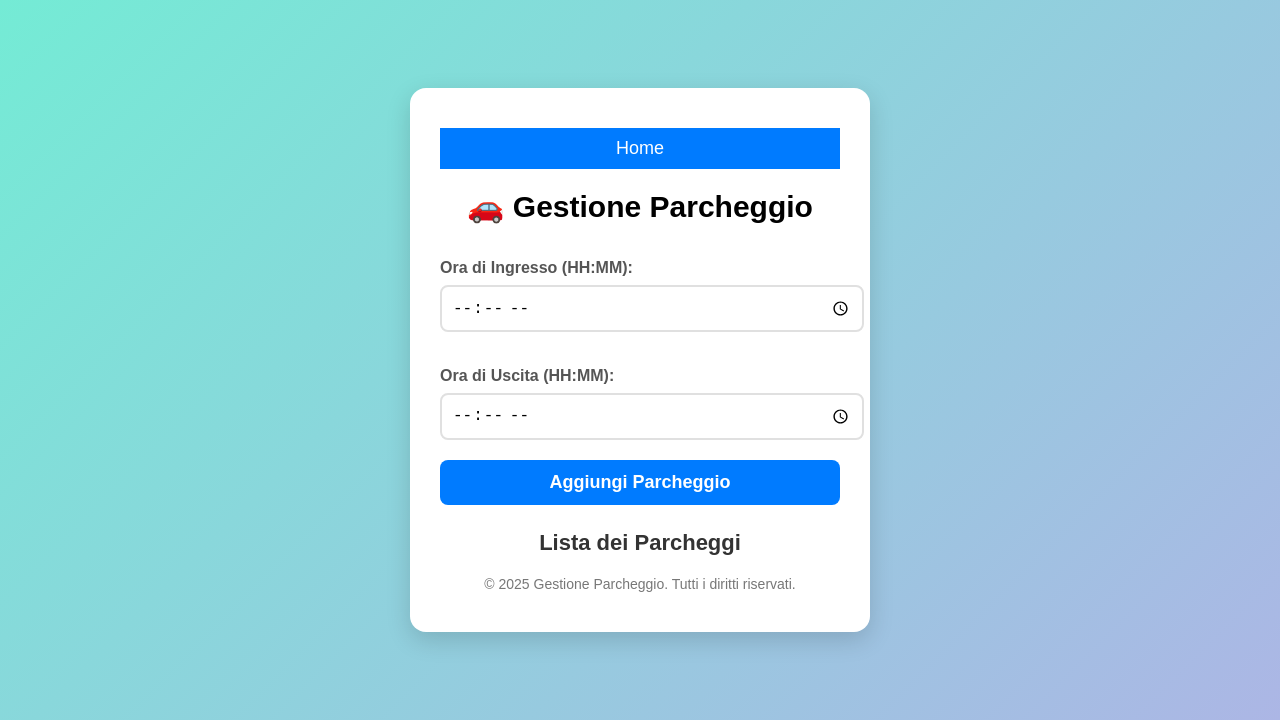
Repository: Probyte5D/ParcheggioApp
Page: / (app in frontend/)
The author's editor kept a copy of each file at every save. The page is drawn from the files as they stood at one save, then again after a run of saves.
The browser window is 1280 px wide. The pictures show the whole page.
The page's requests for data from a server got no answer. The project was rebuilt for these pictures with package versions that can differ from the ones it lists, and the page was loaded fresh each time. No one was signed in, and anything a server would have sent is missing. Also part of the build but not shown: frontend/src/components/Navbar.css.

Above is the page before, as saved 2025-04-28 19:22:40.

### frontend/src/App.js
import React, { useEffect, useState } from 'react';
import Header from './components/Header';
import Navbar from './components/Navbar';
import ParkingForm from './components/ParkingForm';
import ParkingList from './components/ParkingList';
import Footer from './components/Footer';
import './App.css';
import axios from 'axios';

function App() {
  const [parcheggi, setParcheggi] = useState([]);

  const caricaParcheggi = async () => {
    try {
        const response = await axios.get('/parcheggio/tutti'); // Use the correct endpoint
        setParcheggi(response.data);
    } catch (error) {
        console.error("Error loading parking spots", error);
    }
};

  useEffect(() => {
    caricaParcheggi();
  }, []);

  const aggiungiParcheggio = async (oraIngresso, oraUscita) => {
    await axios.post('/api/parcheggi', { oraIngresso, oraUscita });
    caricaParcheggi();
  };

  return (
    <div className="App">
      <Navbar />
      <Header />
      <ParkingForm onAdd={aggiungiParcheggio} />
      <ParkingList parcheggi={parcheggi} />
      <Footer />
    </div>
  );
}

export default App;

### frontend/src/components/Header.jsx
import React from 'react';

function Header() {
  return (
    <header style={{ padding: '20px 0', textAlign: 'center', fontSize: '30px', fontWeight: 'bold' }}>
      🚗 Gestione Parcheggio
    </header>
  );
}

export default Header;

### frontend/src/components/Navbar.jsx
import React from 'react';

function Navbar() {
  return (
    <nav style={{ backgroundColor: '#007bff', padding: '10px', textAlign: 'center' }}>
      <a href="#" style={{ color: 'white', textDecoration: 'none', fontSize: '18px' }}>Home</a>
    </nav>
  );
}

export default Navbar;

### frontend/src/components/ParkingForm.jsx
import React, { useState } from 'react';

function ParkingForm({ onAdd }) {
  const [oraIngresso, setOraIngresso] = useState('');
  const [oraUscita, setOraUscita] = useState('');

  const handleSubmit = (e) => {
    e.preventDefault();
    if (oraIngresso && oraUscita) {
      onAdd(oraIngresso, oraUscita);
      setOraIngresso('');
      setOraUscita('');
    }
  };

  return (
    <form onSubmit={handleSubmit}>
      <label>Ora di Ingresso (HH:MM):</label>
      <input type="time" value={oraIngresso} onChange={(e) => setOraIngresso(e.target.value)} required />

      <label>Ora di Uscita (HH:MM):</label>
      <input type="time" value={oraUscita} onChange={(e) => setOraUscita(e.target.value)} required />

      <button type="submit">Aggiungi Parcheggio</button>
    </form>
  );
}

export default ParkingForm;

### frontend/src/components/ParkingList.jsx
import React from 'react';

function ParkingList({ parcheggi }) {
  return (
    <div>
      <h2 className="ListaParcheggiTitle">Lista dei Parcheggi</h2>
      <ul>
        {parcheggi.map((p) => (
          <li key={p.id}>
            ID: {p.id}, Ora Ingresso: {p.oraIngresso}, Ora Uscita: {p.oraUscita}, Durata: {p.durata} min, Costo: €{p.costo}
          </li>
        ))}
      </ul>
    </div>
  );
}

export default ParkingList;

### frontend/src/components/Footer.jsx
import React from 'react';

function Footer() {
  return (
    <footer style={{ marginTop: '20px', textAlign: 'center', fontSize: '14px', color: '#777' }}>
      © 2025 Gestione Parcheggio. Tutti i diritti riservati.
    </footer>
  );
}

export default Footer;

### frontend/src/App.css
/* src/styles.css */
body {
  font-family: 'Poppins', sans-serif;
  background: linear-gradient(135deg, #74ebd5 0%, #acb6e5 100%);
  margin: 0;
  padding: 0;
  height: 100vh;
  display: flex;
  justify-content: center;
  align-items: center;
}

.App {
  background-color: white;
  padding: 40px 30px;
  border-radius: 16px;
  box-shadow: 0 8px 24px rgba(0, 0, 0, 0.15);
  width: 400px;
  max-width: 90%;
  text-align: center;
}

h1 {
  font-size: 28px;
  color: #333;
  margin-bottom: 20px;
}

label {
  display: block;
  font-weight: 600;
  margin: 15px 0 8px;
  color: #555;
  text-align: left;
}

input[type="time"] {
  width: 100%;
  padding: 10px;
  margin-bottom: 20px;
  border: 2px solid #e0e0e0;
  border-radius: 8px;
  font-size: 16px;
}

button {
  width: 100%;
  padding: 12px;
  background-color: #007bff;
  color: white;
  border: none;
  border-radius: 8px;
  font-size: 18px;
  font-weight: bold;
  cursor: pointer;
  transition: background-color 0.3s ease;
}

button:hover {
  background-color: #0056b3;
}

ul {
  list-style-type: none;
  padding: 0;
  margin-top: 20px;
}

li {
  background: #f9f9f9;
  margin-bottom: 12px;
  padding: 12px;
  border-radius: 8px;
  text-align: left;
  box-shadow: 0 2px 6px rgba(0,0,0,0.05);
}

.ListaParcheggiTitle {
  margin-top: 25px;
  font-size: 22px;
  font-weight: bold;
  color: #333;
}

Loaded but not shown: frontend/public/index.html (common file); frontend/src/index.js (common file); frontend/src/index.css (common file); frontend/src/reportWebVitals.js (common file)

After the next 2 saves:
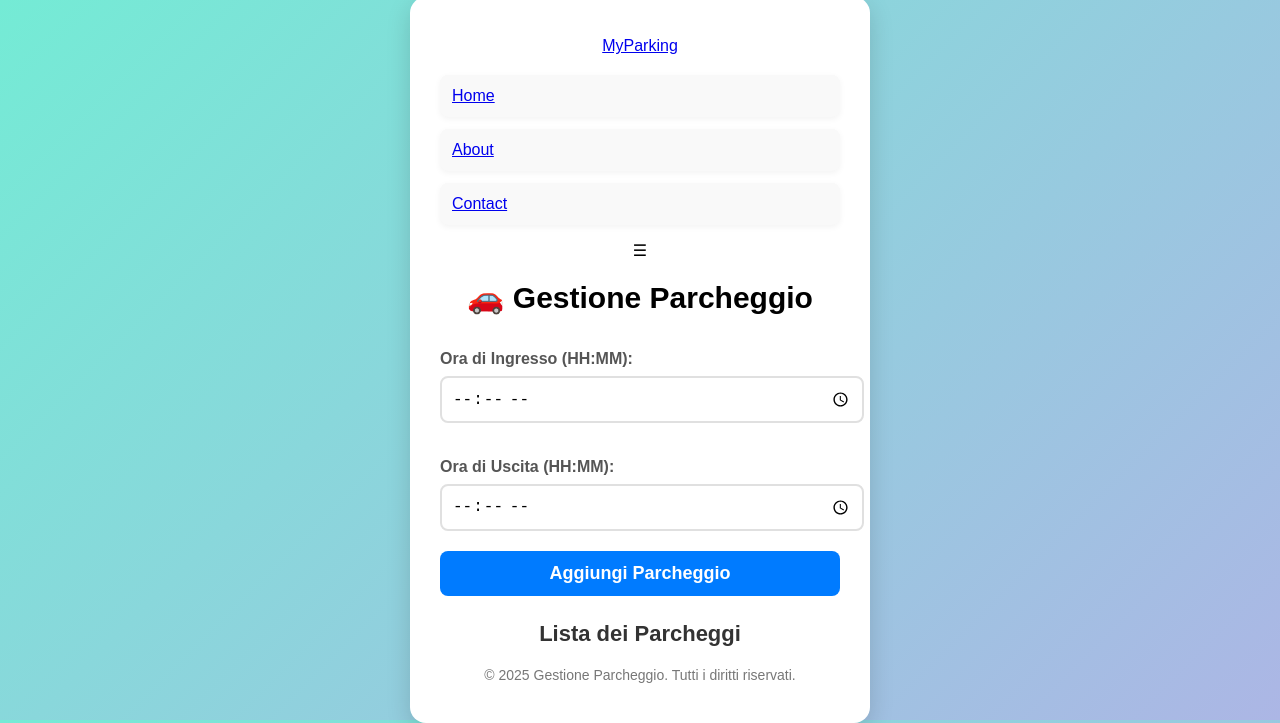
The 2 saves are shown as one change because 1 did not build or start.
The last was saved 77 s later.
--- a/frontend/src/components/Navbar.jsx
+++ b/frontend/src/components/Navbar.jsx
@@ -1,9 +1,28 @@
-import React from 'react';
+import React, { useState } from 'react';
+import './Navbar.css';
 
 function Navbar() {
+  const [menuOpen, setMenuOpen] = useState(false);
+
+  const toggleMenu = () => {
+    setMenuOpen(!menuOpen);
+  };
+
   return (
-    <nav style={{ backgroundColor: '#007bff', padding: '10px', textAlign: 'center' }}>
-      <a href="#" style={{ color: 'white', textDecoration: 'none', fontSize: '18px' }}>Home</a>
+    <nav className="navbar">
+      <div className="navbar-container">
+        <a href="/" className="navbar-logo">
+          MyParking
+        </a>
+        <ul className={`navbar-links ${menuOpen ? 'active' : ''}`}>
+          <li><a href="/home">Home</a></li>
+          <li><a href="/about">About</a></li>
+          <li><a href="/contact">Contact</a></li>
+        </ul>
+        <div className="navbar-menu-icon" onClick={toggleMenu}>
+          &#9776; {/* Questo è il simbolo dell'icona hamburger */}
+        </div>
+      </div>
     </nav>
   );
 }
